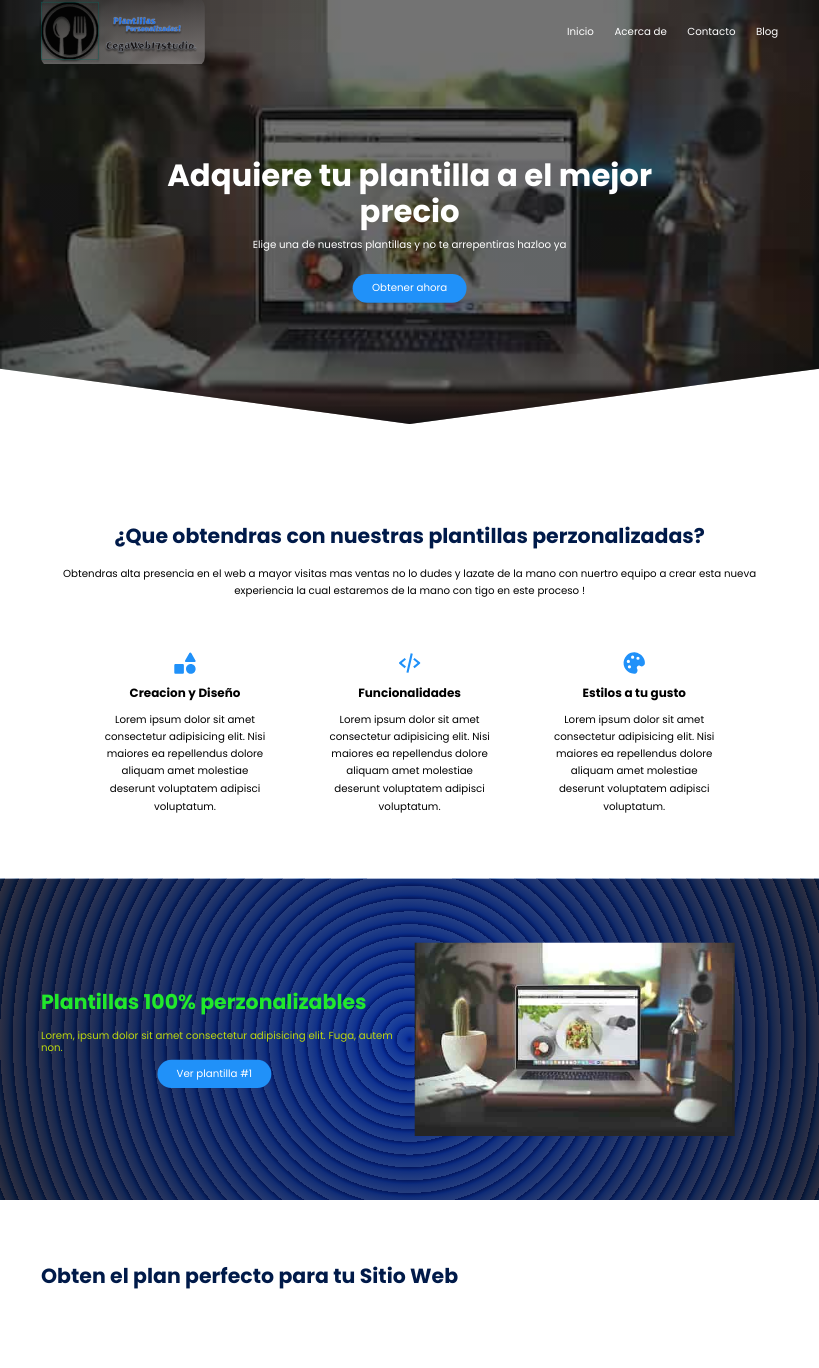
Repository: cega17/una-pagina-web
Page: index.html
The author's editor kept a copy of each file at every save. The page is drawn from the files as they stood at one save, then again after the next save.
The browser window is 1280 px wide. The pictures show the whole page, at 64% of full size.

Above is the page before, as saved 2023-10-30 10:18:16.

### index.html
<!DOCTYPE html>
<html lang="en">
<head>
    <meta charset="UTF-8">
    <meta http-equiv="X-UA-Compatible" content="IE=edge">
    <meta name="viewport" content="width=device-width, initial-scale=1.0">
    <title>Una pagina web</title>
    <link rel="stylesheet" href="./css/normalize.css">
    <link rel="stylesheet" href="./css/styles.css">
    <link rel="icon" href="./imgs/logo.ico">
    <meta name="theme-color" content="#2091F9">

    <meta name="title" content="Obten la plantilla para tu negocio">
    <meta name="description"
        content="Hola, somos un equipo de desarrollo web que verás cuando busques algo de mi temática en Google.">
        <meta property="og:type" content="website">
    <meta property="og:url" content="Tu cueta donde este alojada la pagina web">

</head>
<body>

    <header class="hero">
        <nav class="nav container">
            <div class="nav__logo">
                <img src="./imgs/logo.ico" alt="" class="nav__title">
            </div>

            <ul class="nav__link nav__link--menu">
                <li class="nav__items">Inicio</li>
                <li class="nav__items">Acerca de</li>
                <li class="nav__items">Contacto</li>
                <li class="nav__items">Blog</li>

                <img src="./imgs/close.svg" alt="" class="nav__close">

            </ul>
            <div class="nav__menu">
                <img src="./imgs/menu.svg" alt="" class="nav__img">
            </div>
        </nav>

        <section class="hero__container container">
            <h1 class="hero__title">Adquiere tu plantilla a el mejor precio</h1>
            <p class="hero__paragraph">Elige una de nuestras plantillas y no te arrepentiras hazloo ya</p>
            <a href="#" class="cta">Obtener ahora</a>

        </section>

    </header>

    <main>

        <section class="container about">
            <h2 class="subtitle">¿Que obtendras con nuestras plantillas perzonalizadas?</h2>

            <p class="about__paragraph">Obtendras alta presencia en el web a mayor visitas mas ventas no lo dudes y lazate de la mano con nuertro equipo a crear esta nueva experiencia la cual estaremos de la mano con tigo en este proceso !
            </p>

            <div class="about__main">

                <article class="about__icons">
                    <img src="./imgs/shapes.svg" alt="" class="about__icon">
                    <h3 class="about__title">Creacion y Diseño</h3>
                    <p class="about__paragraph">Lorem ipsum dolor sit amet consectetur adipisicing elit. Nisi maiores ea repellendus dolore aliquam amet molestiae deserunt voluptatem adipisci voluptatum.</p>
                </article>

                <article class="about__icons">
                    <img src="./imgs/code.svg" alt="" class="about__icon">
                    <h3 class="about__title">Funcionalidades</h3>
                    <p class="about__paragraph">Lorem ipsum dolor sit amet consectetur adipisicing elit. Nisi maiores ea repellendus dolore aliquam amet molestiae deserunt voluptatem adipisci voluptatum.</p>
                </article>

                <article class="about__icons">
                    <img src="./imgs/paint.svg" alt="" class="about__icon">
                    <h3 class="about__title">Estilos a tu gusto </h3>
                    <p class="about__paragraph">Lorem ipsum dolor sit amet consectetur adipisicing elit. Nisi maiores ea repellendus dolore aliquam amet molestiae deserunt voluptatem adipisci voluptatum.</p>
                </article>

            </div>
        </section>

        <section class="knowledge">
            <div class="knowledge__container container">
                <div class="knowledge__texts">
                    <h2 class="subtitle__knowledge">Plantillas 100% perzonalizables</h2>
                    <p class="knowledge__paragraph2">Lorem, ipsum dolor sit amet consectetur adipisicing elit. Fuga, autem non.</p>
                    <a href="" class="cta__knowledge">Ver plantilla #1</a>
                </div>
                <figure class="knowledge__picture">
                    <img src="./imgs/fondo-una-pagina.jpg" class="knowledge__img" alt="">
                </figure>
            </div>
        </section>

        <section class="price container">
            <h2 class="subtitle">Obten el plan perfecto para tu Sitio Web</h2>
        </section>


    </main>

</body>
</html>

### css/styles.css
@import url('https://fonts.googleapis.com/css2?family=Poppins:wght@300;400;600;700&display=swap');

:root {
    --padding-container: 100px 0;
    --color-title: #001A49;
}

body {
    font-family: 'Poppins', sans-serif;
}
.container{
    width: 90%;
    max-width: 1200px;
    margin: 0 auto;
    overflow: hidden;
    padding: var(--padding-container);
}

.hero{

    width: 100%;
    height: 100vh;
    min-height: 600px;
    max-height: 800px;
    position: relative;
    display: grid;
    grid-template-rows: 100px 1fr;
    color: #fff;
}

.hero::before{
    content: "";
    position: absolute;
    top: 0;
    left: 0;
    width: 100%;
    height: 100%;
    background-image: linear-gradient(180deg, #0000008c 0%, #0000008c 100%), url('../imgs/fondo-una-pagina.jpg');
    background-size: cover;
    clip-path: polygon(0 0, 100% 0, 100% 80%, 50% 92%, 0 80%);
    z-index: -1;
}

/* Inicio de nav*/

.nav{
    --padding-container:0;
    height: 100%;
    display:flex;
    align-items: center;
}
.nav__title{
    font-weight: 300;
}

.nav__link{
    margin-left: auto;
    padding: 0;
    display: grid;
    grid-auto-flow: column;
    grid-auto-columns: max-content;
    gap: 2em;
}
.nav__items{
    list-style: none;
}
.nav__links{
    color:#fff;
    text-decoration: none;
}
.nav__menu{
    margin-left: auto;
    cursor: pointer;
    display:none;
}
.nav__img{
    display: block;
    width: 30px;
}
.nav__close{
    display: var(--show, none);
}

/* fin de nav */

/* Inicio hero container */

.hero__container{
    max-width: 800px;
    --padding-container:0;
    display: grid;
    grid-auto-rows: max-content;
    align-content: center;
    gap: 1em;
    padding-bottom: 100px;
    text-align: center;
}
.nav__logo{
    background:linear-gradient(180deg, #4441418c 0%, #aeaaaa84 100%);
    border-radius:15px;


}
.hero__title{
    font-size: 3rem;

}
.hero__paragraph{
    margin-bottom: 20px;

}
.cta{
    display: inline-block;
    background-color: #2091f9;
    justify-self: center;
    color:#fff;
    text-decoration: none;
    padding:13px 30px ;
    border-radius: 32px;

}
.cta:hover{
    display: inline-block;
    background-color: #d4d5d6;
    justify-self: center;
    color:#f406bd;
    text-decoration: none;
    padding:13px 30px ;
    border-radius: 32px;
}

/* Inicio about */

.about{
    text-align: center;
}
.subtitle{
    color: var( --color-title);
    font-size: 2rem;
    margin-bottom: 25px;
}
.about__paragraph{
    line-height: 1.7;
}
.about__main{
    padding-top: 80px;
    display: grid;
    width: 90%;
    margin: 0 auto;
    gap: 1em;
    overflow: hidden;
    grid-template-columns: repeat(auto-fit, minmax(260px, auto));
}
.about__icons{
    display: grid;
    gap: 1em;
    justify-items: center;
    width: 260px;
    overflow: hidden;
    margin: 0 auto;
}
.about__icon{
    width: 40px;
}

/* Fin about */

/* Inicio knowledge */

.knowledge{
    background-color: #8383a1;
    background-image: radial-gradient(circle at center center, #3d86fc, #5a5a63), repeating-radial-gradient(circle at center center, #1e5fba, #44a9f7, 10px, transparent 20px, transparent 10px);
    background-blend-mode: multiply;
    overflow: hidden;
}

.knowledge__container{
    display: grid;
    grid-template-columns: 1fr 1fr;
    gap: 1em;
    align-items:center;


}
.subtitle__knowledge{
    color: rgb(33, 233, 43);

    font-size: 2rem;
    margin-bottom: 25px;
}
.knowledge__paragraph2{
    color: rgb(189, 216, 14);
    padding-bottom: 10px;
}
.knowledge__picture{
    max-width: 500px;
}
.knowledge__img{
    width: 100%;
    display: block;
}
.cta__knowledge{
    display: inline-block;
    background-color: #2091f9;
    justify-self: center;
    color:#fff;
    text-decoration: none;
    padding:13px 30px ;
    border-radius: 32px;
    margin-left: 32%;

}
.cta__knowledge:hover{
    display: inline-block;
    background-color: #151617;
    justify-self: center;
    color:#f45506;
    text-decoration: none;
    padding:13px 30px ;
    border-radius: 32px;
}

### imgs/close.svg
<svg xmlns="http://www.w3.org/2000/svg" width="24" height="24" viewBox="0 0 24 24" style="fill: #fff);transform: ;msFilter:;"><path d="M12 2C6.486 2 2 6.486 2 12s4.486 10 10 10 10-4.486 10-10S17.514 2 12 2zm4.207 12.793-1.414 1.414L12 13.414l-2.793 2.793-1.414-1.414L10.586 12 7.793 9.207l1.414-1.414L12 10.586l2.793-2.793 1.414 1.414L13.414 12l2.793 2.793z"></path></svg>

### imgs/menu.svg
<svg xmlns="http://www.w3.org/2000/svg" width="24" height="24" viewBox="0 0 24 24" style="fill: #fff);transform: ;msFilter:;"><path d="M4 6h16v2H4zm4 5h12v2H8zm5 5h7v2h-7z"></path></svg>

### imgs/shapes.svg
<svg xmlns="http://www.w3.org/2000/svg" width="24" height="24" viewBox="0 0 24 24" style="fill: #2091f9;transform: ;msFilter:;"><path d="M17.867 2.504c-.355-.624-1.381-.623-1.736 0l-3.999 7A1 1 0 0 0 13 11h8a1.001 1.001 0 0 0 .868-1.496l-4.001-7zM3 22h7a1 1 0 0 0 1-1v-7a1 1 0 0 0-1-1H3a1 1 0 0 0-1 1v7a1 1 0 0 0 1 1zm14.5-9c-2.481 0-4.5 2.019-4.5 4.5s2.019 4.5 4.5 4.5 4.5-2.019 4.5-4.5-2.019-4.5-4.5-4.5z"></path></svg>

### imgs/code.svg
<svg xmlns="http://www.w3.org/2000/svg" width="24" height="24" viewBox="0 0 24 24" style="fill:  #2091f9;transform: ;msFilter:;"><path d="m7.375 16.781 1.25-1.562L4.601 12l4.024-3.219-1.25-1.562-5 4a1 1 0 0 0 0 1.562l5 4zm9.25-9.562-1.25 1.562L19.399 12l-4.024 3.219 1.25 1.562 5-4a1 1 0 0 0 0-1.562l-5-4zm-1.649-4.003-4 18-1.953-.434 4-18z"></path></svg>

### imgs/paint.svg
<svg xmlns="http://www.w3.org/2000/svg" width="24" height="24" viewBox="0 0 24 24" style="fill:  #2091f9;transform: ;msFilter:;"><path d="M9.38 21.646A9.985 9.985 0 0 0 12 22l.141-.001a2.998 2.998 0 0 0 2.515-1.425c.542-.876.6-1.953.153-2.88l-.198-.415c-.453-.942-.097-1.796.388-2.281.485-.485 1.341-.841 2.28-.388h.001l.413.199a2.99 2.99 0 0 0 2.881-.153A2.997 2.997 0 0 0 22 12.141a9.926 9.926 0 0 0-.353-2.76c-1.038-3.827-4.353-6.754-8.246-7.285-3.149-.427-6.241.602-8.471 2.833S1.666 10.247 2.096 13.4c.53 3.894 3.458 7.208 7.284 8.246zM15.5 6a1.5 1.5 0 1 1 0 3 1.5 1.5 0 0 1 0-3zm-5-1a1.5 1.5 0 1 1 0 3 1.5 1.5 0 0 1 0-3zM9 15.506a1.5 1.5 0 1 1-3 0 1.5 1.5 0 0 1 3 0zm-2.5-6.5a1.5 1.5 0 1 1-.001 3.001A1.5 1.5 0 0 1 6.5 9.006z"></path></svg>

Loaded but not shown: css/normalize.css (library)

After the next save:
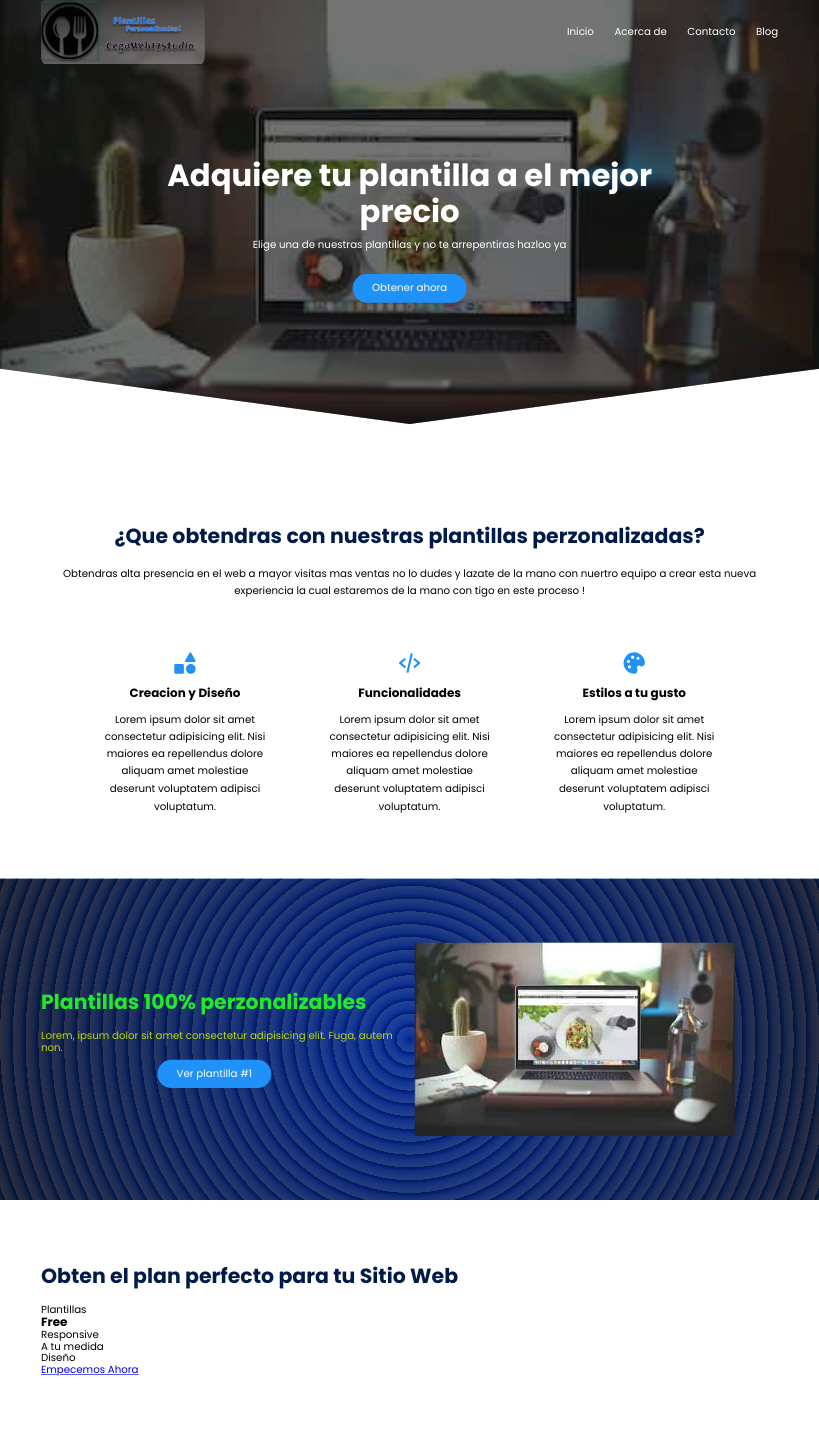
Saved 7 min 23 s later.
--- a/index.html
+++ b/index.html
@@ -94,6 +94,20 @@
 
         <section class="price container">
             <h2 class="subtitle">Obten el plan perfecto para tu Sitio Web</h2>
+            <div class="price__table">
+                <div class="price__element">
+                    <p class="plan__name">Plantillas</p>
+                    <h3 class="plan__price">Free</h3>
+
+                    <div class="plan__items">
+                        <p class="plan__features">Responsive</p>
+                        <p class="plan__features">A tu medida</p>
+                        <p class="plan__features">Diseño</p>
+                    </div>
+
+                    <a href="#" class="plan_cta">Empecemos Ahora</a>
+                </div>
+            </div>
         </section>
 
 
